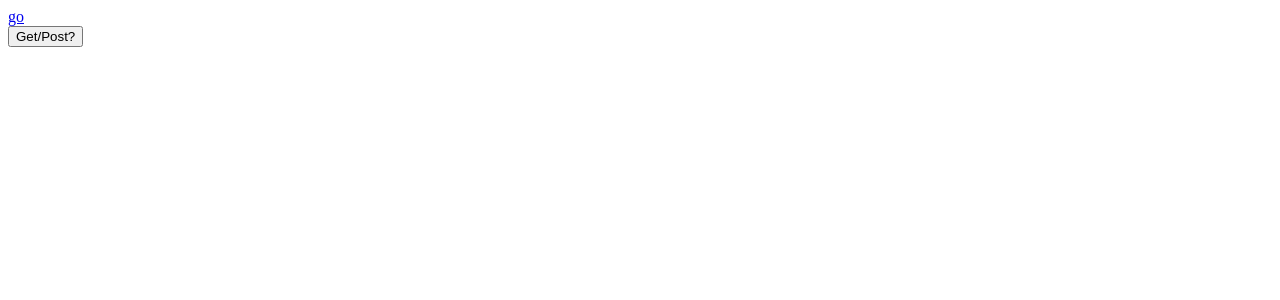
Repository: WonHwiAhn/JAVAClass
Page: ReviewEx/WebContent/NewFile.html
The author's editor kept a copy of each file at every save. The page is drawn from the files as they stood at one save, then again after a run of saves.
The browser window is 1280 px wide. The pictures show the whole page.

Above is the page before, as saved 2018-01-30 01:36:27.

### ReviewEx/WebContent/NewFile.html
<!DOCTYPE html>
<html>
<head>
<meta charset="EUC-KR">
<title>Insert title here</title>
</head>
<body>
	<!-- action에는 url-pattern을 적어준다. -->
	<div><a href="http://localhost:8080/ReviewEx/test1">go</a></div>
	<form action="test1" method="post">
		<input type="submit" value="Get/Post?">
	</form>
</body>
</html>

After the next 2 saves:
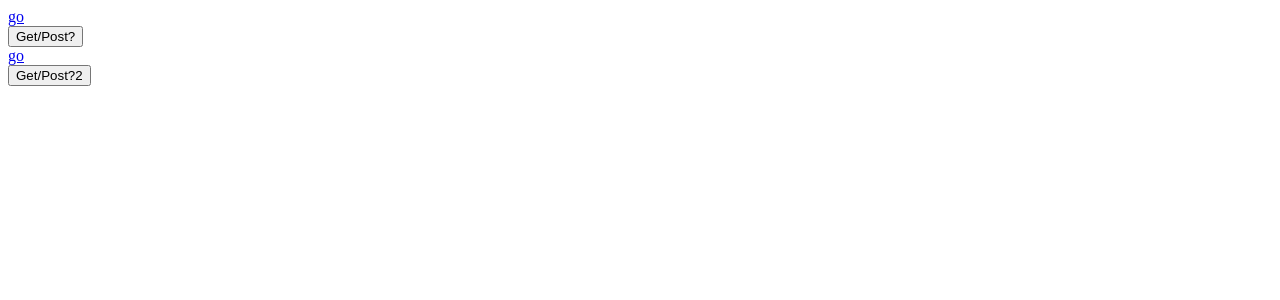
The 2 saves are shown as one change because they came seconds apart.
The last was saved 18 s later.
--- a/ReviewEx/WebContent/NewFile.html
+++ b/ReviewEx/WebContent/NewFile.html
@@ -10,5 +10,10 @@
 	<form action="test1" method="post">
 		<input type="submit" value="Get/Post?">
 	</form>
+
+	<div><a href="http://localhost:8080/ReviewEx/test2">go</a></div>
+	<form action="test2" method="post">
+		<input type="submit" value="Get/Post?2">
+	</form>
 </body>
 </html>
